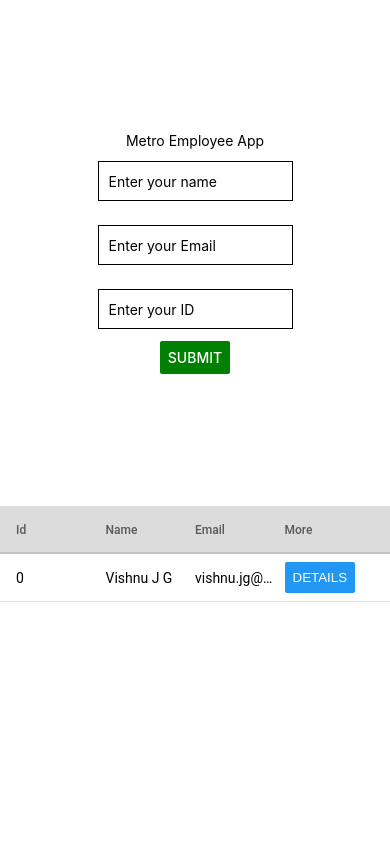
Repository: VishnuJG/Metro-Employee-App
Screen: /Add Ticket
These files come from the project's save history. The screen is drawn as it stood at one moment and after a run of saves; the edit follows.
The app was drawn by React Native's web renderer in a window 390 px wide. The project was rebuilt for these pictures with package versions that can differ from the ones it lists, and the page was loaded fresh each time. Also part of the build but not shown: components/Task.js.

Above is the screen before, as saved 2022-06-28 15:50:47.

After the next 4 saves:
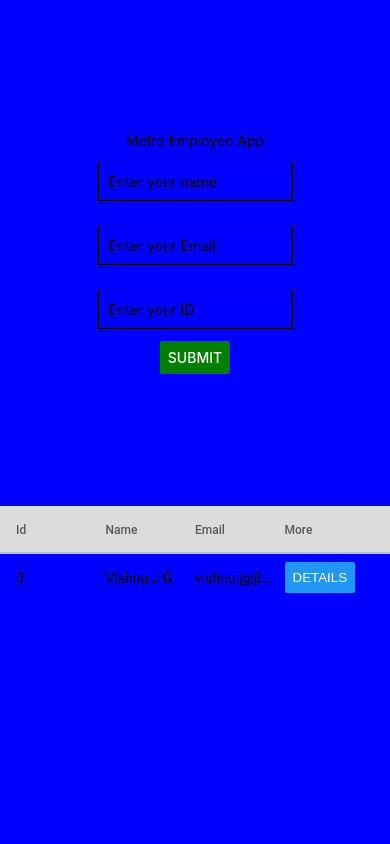
The 4 saves are shown as one change because they came seconds apart.
The last was saved 98 s later.
--- a/App.js
+++ b/App.js
@@ -103,7 +103,7 @@
     alignItems: 'center',
     justifyContent: 'center',
     fontSize: 20,
-    // paddingTop:20,
+    backgroundColor:'blue',
     width:'100%',
   },
   input: {

After the save that followed:
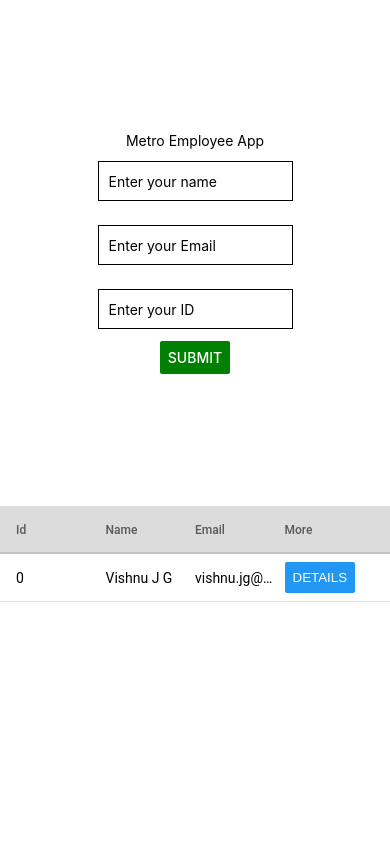
Saved 30 s later.
--- a/App.js
+++ b/App.js
@@ -103,7 +103,7 @@
     alignItems: 'center',
     justifyContent: 'center',
     fontSize: 20,
-    backgroundColor:'blue',
+    backgroundColor:'dodgeblue',
     width:'100%',
   },
   input: {
